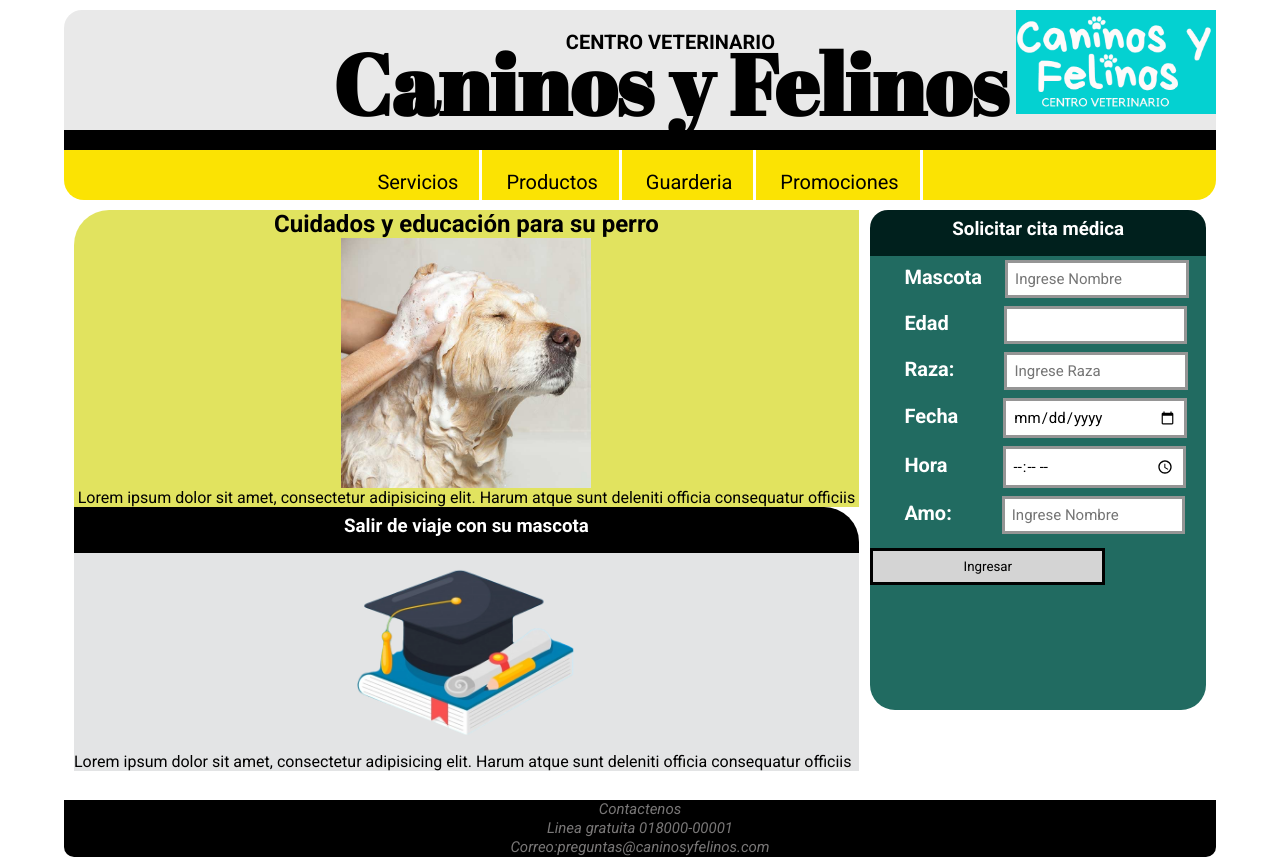
Repository: NickArregoces/Veterinaria
Page: Index.html
These files come from the project's save history. The page is drawn as it stood at one moment and after a run of saves; the edit follows.
The browser window is 1280 px wide. The pictures show the whole page.

Above is the page before, as saved 2021-10-05 16:52:29.

### Index.html
<!DOCTYPE html>
<html lang="en">
<head>
    <meta charset="UTF-8">
    <meta http-equiv="X-UA-Compatible" content="IE=edge">
    <meta name="viewport" content="width=device-width, initial-scale=1.0">
    <title>Canicos y felinos</title>
    <link rel="stylesheet" href="/CSS/Style.css">
    <link href="https://fonts.googleapis.com/css2?family=Roboto:ital,wght@0,100;0,300;0,400;0,500;0,700;0,900;1,100;1,300;1,400;1,500;1,700;1,900&display=swap" rel="stylesheet">
    <link rel="preconnect" href="https://fonts.googleapis.com">
    <link rel="preconnect" href="https://fonts.gstatic.com" crossorigin>
    <link href="https://fonts.googleapis.com/css2?family=Abril+Fatface&display=swap" rel="stylesheet">

</head>
<body>
    <div id="head">
        <header>
            <div class="image">
                <img src="/Images/logo.png" alt="logo">
            </div>
            <div class="title" >
                <h3>CENTRO VETERINARIO</h3>
                <h1>Caninos y Felinos</h1>
            </div>

        </header>

        <nav class="barra"></nav>

        <div class="navegador">
            <ul class="menu">
                <li><a href="#">Servicios</a></li>
                <li><a href="#">Productos</a></li>
                <li><a href="#">Guarderia</a></li>
                <li><a href="#">Promociones</a></li>
            </ul>
        </div>

    </div>
        <div id="Contenido">
            <div class="section">

                <form action="" class="cita">
                    <h3 style="color: rgb(255, 255, 255);">Solicitar cita médica</h3>
                        <div class="Mascota">
                            <h4>Mascota<input type="text" placeholder="Ingrese Nombre" required></h4>
                        </div>

                        <div class="Edad">
                            <h4>Edad<input type="number" required></h4>
                        </div>

                        <div class="Raza">
                            <h4>Raza:<input type="text" placeholder="Ingrese Raza" required></h4>
                        </div>
                        <div class="Fecha">
                            <h4>Fecha<input type="date" placeholder="" required></h4>
                        </div>

                        <div class="Hora">
                            <h4>Hora<input type="time" required></h4>
                        </div>

                        <div class="Amo">
                            <h4>Amo:<input type="text" placeholder="Ingrese Nombre" required></h4>
                        </div>

                    <div class="center">
                        <button class="sumbit"> Ingresar </button>
                    </div>

                </form>
            </div>

            <div id="Cuadros">
                <aside>
                    <div class="Cuidados">
                        <h2 style="color: rgb(0, 0, 0);">Cuidados y educación para su perro</h2>

                        <div id="Prueba">
                        <img id="Prubea" src="/Images/credit.png" alt="">
                        </div>

                        <p>Lorem ipsum dolor sit amet, consectetur adipisicing elit.
                            Harum atque sunt deleniti officia consequatur officiis</p>
                    </div>

                    <div class="Viajes">
                        <h3 style="color: rgb(255, 255, 255);">Salir de viaje con su mascota</h3>

                        <div id="Prueba">
                        <img id="Prubea" src="/Images/Captura de pantalla 2021-10-04 181948.png" alt="">
                        </div>

                        <p>Lorem ipsum dolor sit amet, consectetur adipisicing elit.
                            Harum atque sunt deleniti officia consequatur officiis</p>
                    </div>
                </aside>
            </div>

            <div>
                <footer>
                        <p>Contactenos</p>
                        <p>Linea gratuita 018000-00001</p>
                        <p>Correo:preguntas@caninosyfelinos.com</p>
                </footer>
            </div>
        </div>

</body>
</html>

### CSS/Style.css

*{
    margin: 0 auto;
    padding: 0px;
    list-style:none;
    font-family: 'Roboto', sans-serif;
}
body{
    font-family: Arial, Helvetica, sans-serif;
    background: rgb(255, 255, 255);
    width: 90%;
    color: rgb(0, 0, 0);
}
header{
    width: 100%;
    margin-top: 10px;
    background:rgb(233, 233, 233);
    border-top-left-radius:  18px;
    border-top-right-radius:  18px;
    height: 120px;
}
    img{
        float: right;
        width: 200px;
    }
    .title{
        float: right;
        width: 60%;
        margin-top: 20px;
    }
    header h1{
        font-family: 'Abril Fatface', cursive;
        font-size: 85px;
        text-align: center;
        line-height: 60px;
        display: block;
        color: black;
    }
    header h3{
        font-size: 20px;
        text-align: center;
    }

nav.barra{
    background: rgb(0, 0, 0);
    height: 20px;
}
div.navegador{
    text-align: center;
}
    ul.menu{
        border-bottom-left-radius: 20px 20px;
        border-bottom-right-radius: 20px 20px;
        background: rgb(251, 227, 3);
        height: 50px;
        list-style: none;
        padding: 0;
        max-width: 10000px;
    }
    .menu li a{
        height: 10px;
        font-size: 20px;
        margin-right: 1px;
        text-decoration: none;
        color:black;
        padding: 20px;
        display: inline-block;
    }
    .menu li {
        border-right: solid white;
        display: inline-block;
        }
    .menu li a:hover{
        background: #242323b6;
        color: white;
        }

.section{
    width: 30%;
    float: right;
}
    /*Formulario Login*/
    form{
        background: rgb(33, 107, 97);
        border-radius: 25px;
        margin-top: 10px;
        margin-right:10px;
        margin-bottom: 10px;
        height: 500px;
    }
        form h3{
            text-align: center;
            background: rgb(0, 32, 29);
            height: 30px;
            padding: 8px;
            border-top-left-radius: 18px;
            border-top-right-radius: 18px;
        }
        form h4{
            font-size: 20px;
            padding: 4px;
            margin-left: 30px;
            color: rgb(255, 255, 255);

        }
        form input{
            font-size: 15px;
            width: 55%;
            padding: 7px;
            display: inline;
            border: solid rgb(149, 149, 149);
            margin-left: 10px;
        }
        div.Mascota input {
            margin-left: 23px;
        }
        div.Edad input {
            margin-left: 55px;
        }
        div.Raza input {
            margin-left: 50px;
        }
        div.Fecha input {
            margin-left: 45px;
        }
        div.Hora input {
            margin-left: 55px;
        }
        div.Amo input {
            margin-left: 50px;
        }
        div.button{
            margin-top: 10px;
            margin: auto;
            text-align: center;
            width: 50%;
            cursor: pointer;
        }
        button{
            margin-top: 10px;
            width: 70%;
            padding: 8px;
            background: rgb(212, 212, 212);
            border: solid black;
            cursor: pointer;
        }
        button:hover{
            background: #000000b6;
            color: rgb(255, 255, 255);
        }
aside{
    width: 69%;
    height: 580px;
    margin-top: 10px;
    float: left;
    margin-bottom: 10px;
}
    div.Cuidados{
        border-top-left-radius: 35px;
        margin-left: 10px;
        background: rgba(216, 219, 45, 0.76);
        text-align:center;
        overflow:hidden;
    }
    /*Centrado Imagenes aside*/
    #Prueba{
        display: flex;
        align-items: center;
        justify-content: center;
    }
        div.Cuidados img {
            width: 250px;
            float: right;
        }
        /*Efecto Imagenes aside*/
        div img:hover{
            -webkit-transform:scale(1.1);
            transform:scale(1.1);
        }
        div.Cuidados p{
            display: inline-block;
            text-align: center;
        }

    div.Viajes {
        border-top-right-radius: 35px;
        margin-left: 10px;
        background: #e3e4e5;
     }
        div.Viajes img {
            width: 220px;
            margin-top: 15px;
            margin-bottom: 15px;
        }
        div.Viajes h3{
            text-align: center;
            background: black;
            height: 30px;
            padding: 8px;
            border-top-right-radius: 35px;
        }
        div.Viajes p{
            display: inline-block;
            text-align: center;
        }

footer{
    background: black;
    clear: both;
    border-bottom-left-radius: 10px;
    border-bottom-right-radius: 10px;
}
    footer p{
        font-size: 15px;
        text-align: center;
        line-height: 15px;
        color: rgb(121, 119, 119);
        font-style:italic;
        padding: 2px;
    }

After the next 2 saves:
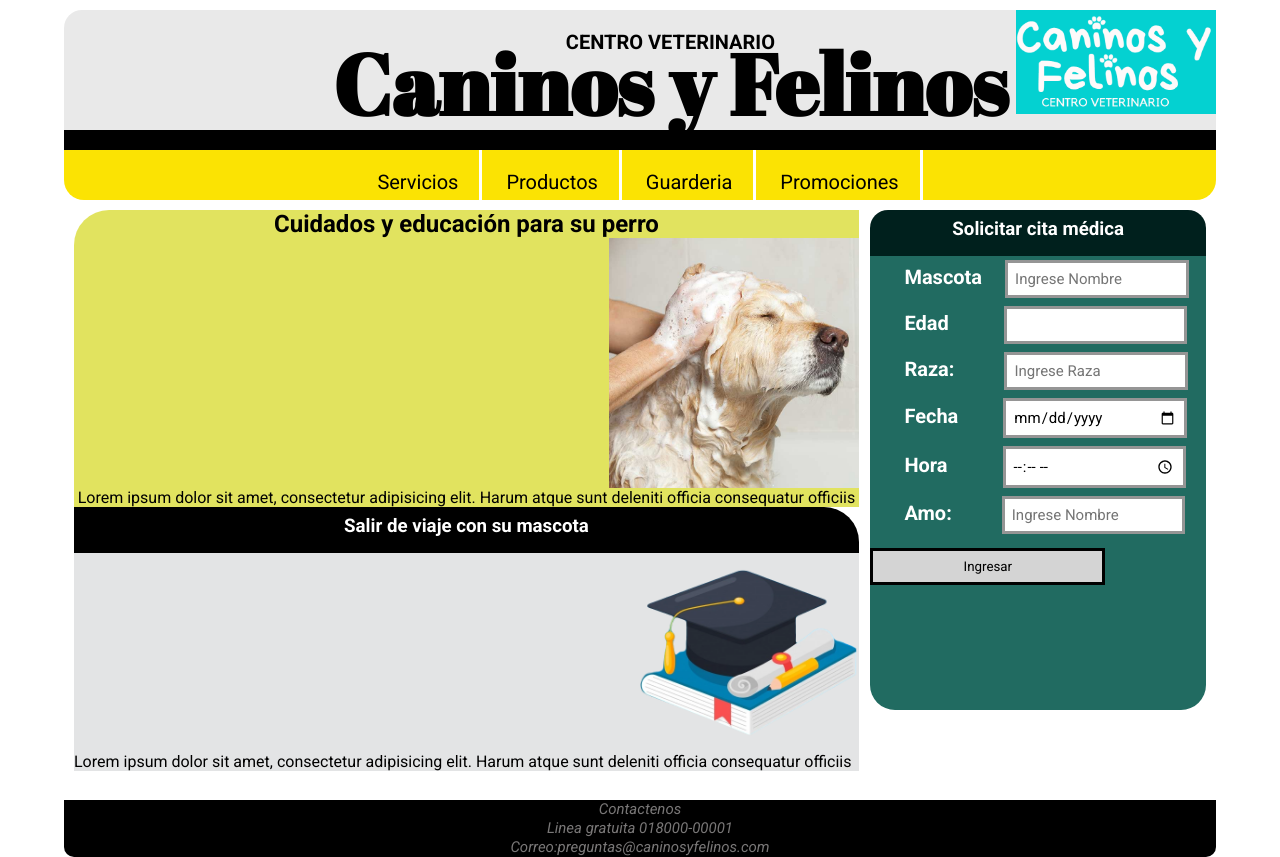
The 2 saves are shown as one change because they came seconds apart.
The last was saved 39 s later.
--- a/CSS/Style.css
+++ b/CSS/Style.css
@@ -164,13 +164,12 @@ aside{
     }
     /*Centrado Imagenes aside*/
     #Prueba{
-        display: flex;
+        float: right;
         align-items: center;
         justify-content: center;
     }
         div.Cuidados img {
             width: 250px;
-            float: right;
         }
         /*Efecto Imagenes aside*/
         div img:hover{
